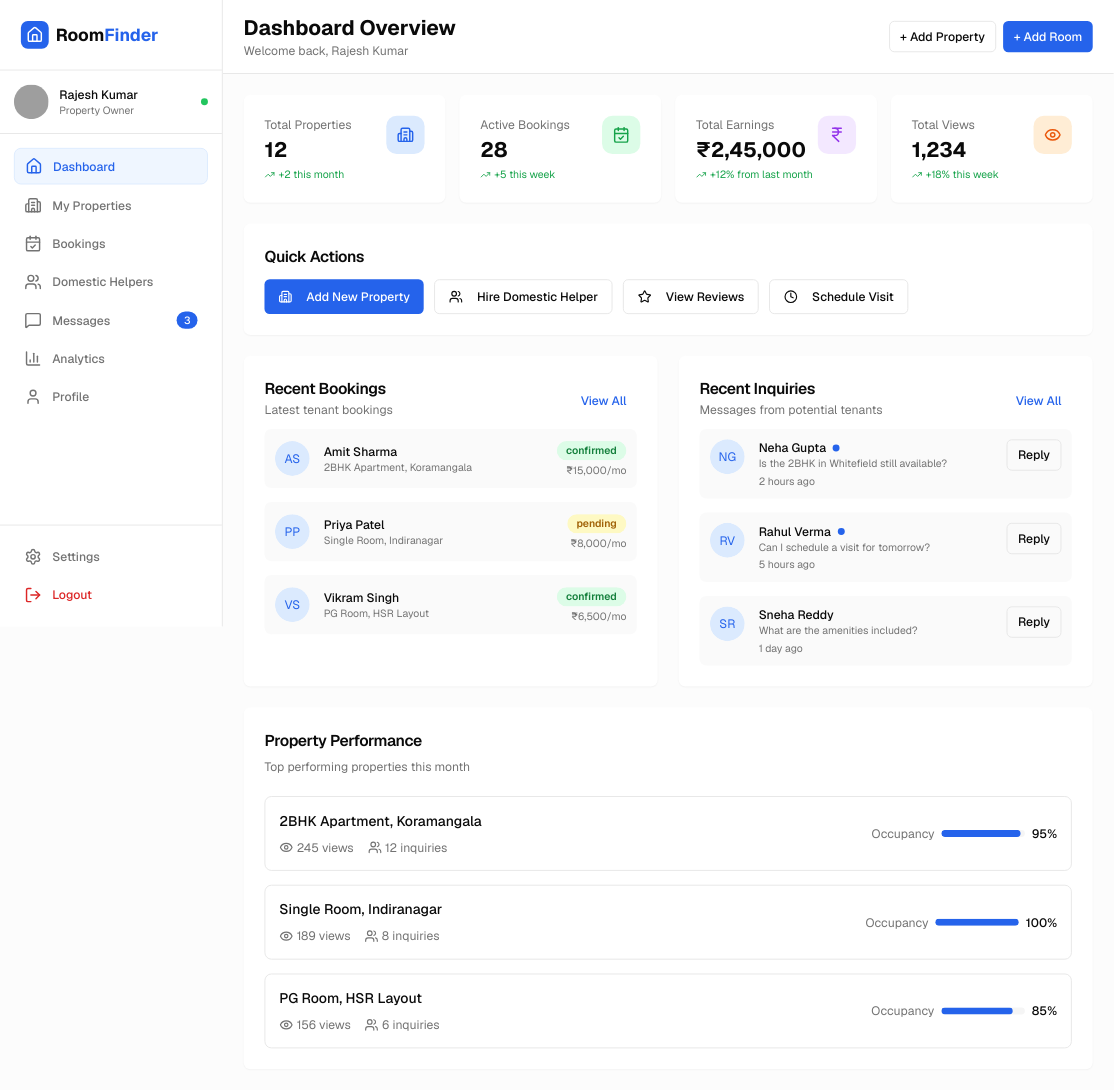
Repository: riteshkumarlenka2005/Room-Finder
Page: /owner/dashboard
An editor plug-in stored every save of this project. The page is shown before and after the next save, followed by the edit.
The browser window is 1280 px wide. The pictures show the whole page, at 87% of full size.
Pictures or frames that could not be fetched are drawn as grey boxes. The project was rebuilt for these pictures with package versions that can differ from the ones it lists, and the page was loaded fresh each time. Some packages were replaced by stand-ins written for this rebuild. The framework's server and built-in components were replaced by stand-ins that run in the browser. Also part of the build but not shown: next.config.mjs, components/ui/input.tsx, components/ui/dropdown-menu.tsx, components/ui/tabs.tsx, components/owner/my-properties.tsx, components/ui/dialog.tsx, components/owner/bookings-management.tsx, components/owner/domestic-helpers.tsx and 8 more.

Above is the page before, as saved 2025-12-05 19:40:23.

### app/owner/dashboard/page.tsx
"use client"

import { useState } from "react"
import { OwnerSidebar } from "@/components/owner/owner-sidebar"
import { DashboardOverview } from "@/components/owner/dashboard-overview"
import { MyProperties } from "@/components/owner/my-properties"
import { BookingsManagement } from "@/components/owner/bookings-management"
import { DomesticHelpers } from "@/components/owner/domestic-helpers"
import { MessagesInbox } from "@/components/owner/messages-inbox"
import { OwnerProfile } from "@/components/owner/owner-profile"
import { Analytics } from "@/components/owner/analytics"
import { Menu } from "lucide-react"
import { Button } from "@/components/ui/button"
import { Sheet, SheetContent, SheetTrigger } from "@/components/ui/sheet"
import Link from "next/link";

export default function OwnerDashboard() {
  const [activeTab, setActiveTab] = useState("overview")
  const [sidebarOpen, setSidebarOpen] = useState(false)

  const renderContent = () => {
    switch (activeTab) {
      case "overview":
        return <DashboardOverview />
      case "properties":
        return <MyProperties />
      case "bookings":
        return <BookingsManagement />
      case "helpers":
        return <DomesticHelpers />
      case "messages":
        return <MessagesInbox />
      case "profile":
        return <OwnerProfile />
      case "analytics":
        return <Analytics />
      default:
        return <DashboardOverview />
    }
  }

  return (
    <div className="flex min-h-screen bg-muted/30">
      {/* Desktop Sidebar */}
      <div className="hidden lg:block">
        <OwnerSidebar activeTab={activeTab} setActiveTab={setActiveTab} />
      </div>

      {/* Mobile Sidebar */}
      <Sheet open={sidebarOpen} onOpenChange={setSidebarOpen}>
        <SheetContent side="left" className="p-0 w-72">
          <OwnerSidebar
            activeTab={activeTab}
            setActiveTab={(tab) => {
              setActiveTab(tab)
              setSidebarOpen(false)
            }}
          />
        </SheetContent>
      </Sheet>

      {/* Main Content */}
      <div className="flex-1 flex flex-col">
        {/* Top Header */}
        <header className="sticky top-0 z-10 bg-background border-b px-4 lg:px-6 py-4">
          <div className="flex items-center justify-between">
            <div className="flex items-center gap-4">
              <Sheet open={sidebarOpen} onOpenChange={setSidebarOpen}>
                <SheetTrigger asChild>
                  <Button variant="ghost" size="icon" className="lg:hidden">
                    <Menu className="h-5 w-5" />
                  </Button>
                </SheetTrigger>
              </Sheet>
              <div>
                <h1 className="text-xl lg:text-2xl font-bold text-foreground">
                  {activeTab === "overview" && "Dashboard Overview"}
                  {activeTab === "properties" && "My Properties"}
                  {activeTab === "bookings" && "Bookings Management"}
                  {activeTab === "helpers" && "Domestic Helpers"}
                  {activeTab === "messages" && "Messages"}
                  {activeTab === "profile" && "Profile Settings"}
                  {activeTab === "analytics" && "Analytics & Reports"}
                </h1>
                <p className="text-sm text-muted-foreground hidden sm:block">Welcome back, Rajesh Kumar</p>
              </div>
            </div>

            {/* Updated Buttons Section */}
            <div className="flex items-center gap-2">

              <Link href="/list-property">
                <Button variant="outline" size="sm" className="hidden sm:flex bg-transparent">
                  + Add Property
                </Button>
              </Link>

              <Button size="sm" className="bg-blue-600 hover:bg-blue-700 text-white">
                + Add Room
              </Button>

            </div>
          </div>
        </header>

        {/* Page Content */}
        <main className="flex-1 p-4 lg:p-6 overflow-auto">{renderContent()}</main>
      </div>
    </div>
  )
}

### components/owner/owner-sidebar.tsx
"use client"

import { Home, Building2, CalendarCheck, Users, MessageSquare, User, BarChart3, LogOut, Settings } from "lucide-react"
import { cn } from "@/lib/utils"
import { Avatar, AvatarFallback, AvatarImage } from "@/components/ui/avatar"
import { Separator } from "@/components/ui/separator"
import Link from "next/link"


interface OwnerSidebarProps {
  activeTab: string
  setActiveTab: (tab: string) => void
}

const menuItems = [
  { id: "overview", label: "Dashboard", icon: Home },
  { id: "properties", label: "My Properties", icon: Building2 },
  { id: "bookings", label: "Bookings", icon: CalendarCheck },
  { id: "helpers", label: "Domestic Helpers", icon: Users },
  { id: "messages", label: "Messages", icon: MessageSquare, badge: 3 },
  { id: "analytics", label: "Analytics", icon: BarChart3 },
  { id: "profile", label: "Profile", icon: User },
]

export function OwnerSidebar({ activeTab, setActiveTab }: OwnerSidebarProps) {
  return (
    <div className="w-64 bg-background border-r h-screen flex flex-col">
      {/* Logo */}
      <div className="p-6 border-b">
  <Link href="/" className="flex items-center gap-2 cursor-pointer">
    <div className="w-8 h-8 bg-blue-600 rounded-lg flex items-center justify-center">
      <Home className="w-5 h-5 text-white" />
    </div>
    <span className="text-xl font-bold">
      Room<span className="text-blue-600">Finder</span>
    </span>
  </Link>
</div>


      {/* User Info */}
      <div className="p-4 border-b">
        <div className="flex items-center gap-3">
          <Avatar className="h-10 w-10">
            <AvatarImage src="/indian-professional-man.png" />
            <AvatarFallback className="bg-blue-100 text-blue-600">RK</AvatarFallback>
          </Avatar>
          <div className="flex-1 min-w-0">
            <p className="text-sm font-medium truncate">Rajesh Kumar</p>
            <p className="text-xs text-muted-foreground truncate">Property Owner</p>
          </div>
          <div className="h-2 w-2 bg-green-500 rounded-full" />
        </div>
      </div>

      {/* Navigation */}
      <nav className="flex-1 p-4 space-y-1 overflow-y-auto">
        {menuItems.map((item) => (
          <button
            key={item.id}
            onClick={() => setActiveTab(item.id)}
            className={cn(
              "w-full flex items-center gap-3 px-3 py-2.5 rounded-lg text-sm font-medium transition-colors",
              activeTab === item.id
                ? "bg-blue-50 text-blue-600 border border-blue-100"
                : "text-muted-foreground hover:bg-muted hover:text-foreground",
            )}
          >
            <item.icon className="h-5 w-5" />
            <span className="flex-1 text-left">{item.label}</span>
            {item.badge && (
              <span className="bg-blue-600 text-white text-xs px-2 py-0.5 rounded-full">{item.badge}</span>
            )}
          </button>
        ))}
      </nav>

      <Separator />

      {/* Bottom Actions */}
      <div className="p-4 space-y-1">
        <button className="w-full flex items-center gap-3 px-3 py-2.5 rounded-lg text-sm font-medium text-muted-foreground hover:bg-muted hover:text-foreground transition-colors">
          <Settings className="h-5 w-5" />
          <span>Settings</span>
        </button>
        <button className="w-full flex items-center gap-3 px-3 py-2.5 rounded-lg text-sm font-medium text-red-600 hover:bg-red-50 transition-colors">
          <LogOut className="h-5 w-5" />
          <span>Logout</span>
        </button>
      </div>
    </div>
  )
}

### components/ui/button.tsx
import * as React from "react"
import { Slot } from "@radix-ui/react-slot"
import { cva, type VariantProps } from "class-variance-authority"

import { cn } from "@/lib/utils"

const buttonVariants = cva(
  "inline-flex items-center justify-center gap-2 whitespace-nowrap rounded-md text-sm font-medium ring-offset-background transition-colors focus-visible:outline-none focus-visible:ring-2 focus-visible:ring-ring focus-visible:ring-offset-2 disabled:pointer-events-none disabled:opacity-50 [&_svg]:pointer-events-none [&_svg]:size-4 [&_svg]:shrink-0",
  {
    variants: {
      variant: {
        default: "bg-primary text-primary-foreground hover:bg-primary/90",
        destructive:
          "bg-destructive text-destructive-foreground hover:bg-destructive/90",
        outline:
          "border border-input bg-background hover:bg-accent hover:text-accent-foreground",
        secondary:
          "bg-secondary text-secondary-foreground hover:bg-secondary/80",
        ghost: "hover:bg-accent hover:text-accent-foreground",
        link: "text-primary underline-offset-4 hover:underline",
      },
      size: {
        default: "h-10 px-4 py-2",
        sm: "h-9 rounded-md px-3",
        lg: "h-11 rounded-md px-8",
        icon: "h-10 w-10",
      },
    },
    defaultVariants: {
      variant: "default",
      size: "default",
    },
  }
)

export interface ButtonProps
  extends React.ButtonHTMLAttributes<HTMLButtonElement>,
    VariantProps<typeof buttonVariants> {
  asChild?: boolean
}

const Button = React.forwardRef<HTMLButtonElement, ButtonProps>(
  ({ className, variant, size, asChild = false, ...props }, ref) => {
    const Comp = asChild ? Slot : "button"
    return (
      <Comp
        className={cn(buttonVariants({ variant, size, className }))}
        ref={ref}
        {...props}
      />
    )
  }
)
Button.displayName = "Button"

export { Button, buttonVariants }

### components/ui/sheet.tsx
"use client"

import * as React from "react"
import * as SheetPrimitive from "@radix-ui/react-dialog"
import { cva, type VariantProps } from "class-variance-authority"
import { X } from "lucide-react"

import { cn } from "@/lib/utils"

const Sheet = SheetPrimitive.Root

const SheetTrigger = SheetPrimitive.Trigger

const SheetClose = SheetPrimitive.Close

const SheetPortal = SheetPrimitive.Portal

const SheetOverlay = React.forwardRef<
  React.ElementRef<typeof SheetPrimitive.Overlay>,
  React.ComponentPropsWithoutRef<typeof SheetPrimitive.Overlay>
>(({ className, ...props }, ref) => (
  <SheetPrimitive.Overlay
    className={cn(
      "fixed inset-0 z-50 bg-black/80  data-[state=open]:animate-in data-[state=closed]:animate-out data-[state=closed]:fade-out-0 data-[state=open]:fade-in-0",
      className
    )}
    {...props}
    ref={ref}
  />
))
SheetOverlay.displayName = SheetPrimitive.Overlay.displayName

const sheetVariants = cva(
  "fixed z-50 gap-4 bg-background p-6 shadow-lg transition ease-in-out data-[state=open]:animate-in data-[state=closed]:animate-out data-[state=closed]:duration-300 data-[state=open]:duration-500",
  {
    variants: {
      side: {
        top: "inset-x-0 top-0 border-b data-[state=closed]:slide-out-to-top data-[state=open]:slide-in-from-top",
        bottom:
          "inset-x-0 bottom-0 border-t data-[state=closed]:slide-out-to-bottom data-[state=open]:slide-in-from-bottom",
        left: "inset-y-0 left-0 h-full w-3/4 border-r data-[state=closed]:slide-out-to-left data-[state=open]:slide-in-from-left sm:max-w-sm",
        right:
          "inset-y-0 right-0 h-full w-3/4  border-l data-[state=closed]:slide-out-to-right data-[state=open]:slide-in-from-right sm:max-w-sm",
      },
    },
    defaultVariants: {
      side: "right",
    },
  }
)

interface SheetContentProps
  extends React.ComponentPropsWithoutRef<typeof SheetPrimitive.Content>,
    VariantProps<typeof sheetVariants> {}

const SheetContent = React.forwardRef<
  React.ElementRef<typeof SheetPrimitive.Content>,
  SheetContentProps
>(({ side = "right", className, children, ...props }, ref) => (
  <SheetPortal>
    <SheetOverlay />
    <SheetPrimitive.Content
      ref={ref}
      className={cn(sheetVariants({ side }), className)}
      {...props}
    >
      {children}
      <SheetPrimitive.Close className="absolute right-4 top-4 rounded-sm opacity-70 ring-offset-background transition-opacity hover:opacity-100 focus:outline-none focus:ring-2 focus:ring-ring focus:ring-offset-2 disabled:pointer-events-none data-[state=open]:bg-secondary">
        <X className="h-4 w-4" />
        <span className="sr-only">Close</span>
      </SheetPrimitive.Close>
    </SheetPrimitive.Content>
  </SheetPortal>
))
SheetContent.displayName = SheetPrimitive.Content.displayName

const SheetHeader = ({
  className,
  ...props
}: React.HTMLAttributes<HTMLDivElement>) => (
  <div
    className={cn(
      "flex flex-col space-y-2 text-center sm:text-left",
      className
    )}
    {...props}
  />
)
SheetHeader.displayName = "SheetHeader"

const SheetFooter = ({
  className,
  ...props
}: React.HTMLAttributes<HTMLDivElement>) => (
  <div
    className={cn(
      "flex flex-col-reverse sm:flex-row sm:justify-end sm:space-x-2",
      className
    )}
    {...props}
  />
)
SheetFooter.displayName = "SheetFooter"

const SheetTitle = React.forwardRef<
  React.ElementRef<typeof SheetPrimitive.Title>,
  React.ComponentPropsWithoutRef<typeof SheetPrimitive.Title>
>(({ className, ...props }, ref) => (
  <SheetPrimitive.Title
    ref={ref}
    className={cn("text-lg font-semibold text-foreground", className)}
    {...props}
  />
))
SheetTitle.displayName = SheetPrimitive.Title.displayName

const SheetDescription = React.forwardRef<
  React.ElementRef<typeof SheetPrimitive.Description>,
  React.ComponentPropsWithoutRef<typeof SheetPrimitive.Description>
>(({ className, ...props }, ref) => (
  <SheetPrimitive.Description
    ref={ref}
    className={cn("text-sm text-muted-foreground", className)}
    {...props}
  />
))
SheetDescription.displayName = SheetPrimitive.Description.displayName

export {
  Sheet,
  SheetPortal,
  SheetOverlay,
  SheetTrigger,
  SheetClose,
  SheetContent,
  SheetHeader,
  SheetFooter,
  SheetTitle,
  SheetDescription,
}

### components/ui/avatar.tsx
"use client"

import * as React from "react"
import * as AvatarPrimitive from "@radix-ui/react-avatar"

import { cn } from "@/lib/utils"

const Avatar = React.forwardRef<
  React.ElementRef<typeof AvatarPrimitive.Root>,
  React.ComponentPropsWithoutRef<typeof AvatarPrimitive.Root>
>(({ className, ...props }, ref) => (
  <AvatarPrimitive.Root
    ref={ref}
    className={cn(
      "relative flex h-10 w-10 shrink-0 overflow-hidden rounded-full",
      className
    )}
    {...props}
  />
))
Avatar.displayName = AvatarPrimitive.Root.displayName

const AvatarImage = React.forwardRef<
  React.ElementRef<typeof AvatarPrimitive.Image>,
  React.ComponentPropsWithoutRef<typeof AvatarPrimitive.Image>
>(({ className, ...props }, ref) => (
  <AvatarPrimitive.Image
    ref={ref}
    className={cn("aspect-square h-full w-full", className)}
    {...props}
  />
))
AvatarImage.displayName = AvatarPrimitive.Image.displayName

const AvatarFallback = React.forwardRef<
  React.ElementRef<typeof AvatarPrimitive.Fallback>,
  React.ComponentPropsWithoutRef<typeof AvatarPrimitive.Fallback>
>(({ className, ...props }, ref) => (
  <AvatarPrimitive.Fallback
    ref={ref}
    className={cn(
      "flex h-full w-full items-center justify-center rounded-full bg-muted",
      className
    )}
    {...props}
  />
))
AvatarFallback.displayName = AvatarPrimitive.Fallback.displayName

export { Avatar, AvatarImage, AvatarFallback }

### components/ui/separator.tsx
"use client"

import * as React from "react"
import * as SeparatorPrimitive from "@radix-ui/react-separator"

import { cn } from "@/lib/utils"

const Separator = React.forwardRef<
  React.ElementRef<typeof SeparatorPrimitive.Root>,
  React.ComponentPropsWithoutRef<typeof SeparatorPrimitive.Root>
>(
  (
    { className, orientation = "horizontal", decorative = true, ...props },
    ref
  ) => (
    <SeparatorPrimitive.Root
      ref={ref}
      decorative={decorative}
      orientation={orientation}
      className={cn(
        "shrink-0 bg-border",
        orientation === "horizontal" ? "h-[1px] w-full" : "h-full w-[1px]",
        className
      )}
      {...props}
    />
  )
)
Separator.displayName = SeparatorPrimitive.Root.displayName

export { Separator }

### components/ui/card.tsx
import * as React from "react"

import { cn } from "@/lib/utils"

const Card = React.forwardRef<
  HTMLDivElement,
  React.HTMLAttributes<HTMLDivElement>
>(({ className, ...props }, ref) => (
  <div
    ref={ref}
    className={cn(
      "rounded-lg border bg-card text-card-foreground shadow-sm",
      className
    )}
    {...props}
  />
))
Card.displayName = "Card"

const CardHeader = React.forwardRef<
  HTMLDivElement,
  React.HTMLAttributes<HTMLDivElement>
>(({ className, ...props }, ref) => (
  <div
    ref={ref}
    className={cn("flex flex-col space-y-1.5 p-6", className)}
    {...props}
  />
))
CardHeader.displayName = "CardHeader"

const CardTitle = React.forwardRef<
  HTMLDivElement,
  React.HTMLAttributes<HTMLDivElement>
>(({ className, ...props }, ref) => (
  <div
    ref={ref}
    className={cn(
      "text-2xl font-semibold leading-none tracking-tight",
      className
    )}
    {...props}
  />
))
CardTitle.displayName = "CardTitle"

const CardDescription = React.forwardRef<
  HTMLDivElement,
  React.HTMLAttributes<HTMLDivElement>
>(({ className, ...props }, ref) => (
  <div
    ref={ref}
    className={cn("text-sm text-muted-foreground", className)}
    {...props}
  />
))
CardDescription.displayName = "CardDescription"

const CardContent = React.forwardRef<
  HTMLDivElement,
  React.HTMLAttributes<HTMLDivElement>
>(({ className, ...props }, ref) => (
  <div ref={ref} className={cn("p-6 pt-0", className)} {...props} />
))
CardContent.displayName = "CardContent"

const CardFooter = React.forwardRef<
  HTMLDivElement,
  React.HTMLAttributes<HTMLDivElement>
>(({ className, ...props }, ref) => (
  <div
    ref={ref}
    className={cn("flex items-center p-6 pt-0", className)}
    {...props}
  />
))
CardFooter.displayName = "CardFooter"

export { Card, CardHeader, CardFooter, CardTitle, CardDescription, CardContent }

### components/ui/badge.tsx
import * as React from "react"
import { cva, type VariantProps } from "class-variance-authority"

import { cn } from "@/lib/utils"

const badgeVariants = cva(
  "inline-flex items-center rounded-full border px-2.5 py-0.5 text-xs font-semibold transition-colors focus:outline-none focus:ring-2 focus:ring-ring focus:ring-offset-2",
  {
    variants: {
      variant: {
        default:
          "border-transparent bg-primary text-primary-foreground hover:bg-primary/80",
        secondary:
          "border-transparent bg-secondary text-secondary-foreground hover:bg-secondary/80",
        destructive:
          "border-transparent bg-destructive text-destructive-foreground hover:bg-destructive/80",
        outline: "text-foreground",
      },
    },
    defaultVariants: {
      variant: "default",
    },
  }
)

export interface BadgeProps
  extends React.HTMLAttributes<HTMLDivElement>,
    VariantProps<typeof badgeVariants> {}

function Badge({ className, variant, ...props }: BadgeProps) {
  return (
    <div className={cn(badgeVariants({ variant }), className)} {...props} />
  )
}

export { Badge, badgeVariants }

Loaded but not shown: app/layout.tsx (common file); app/globals.css (common file); lib/utils.ts (common file); tailwind.config.ts (common file); components/owner/dashboard-overview.tsx (285 lines, source omitted)

After the next save:
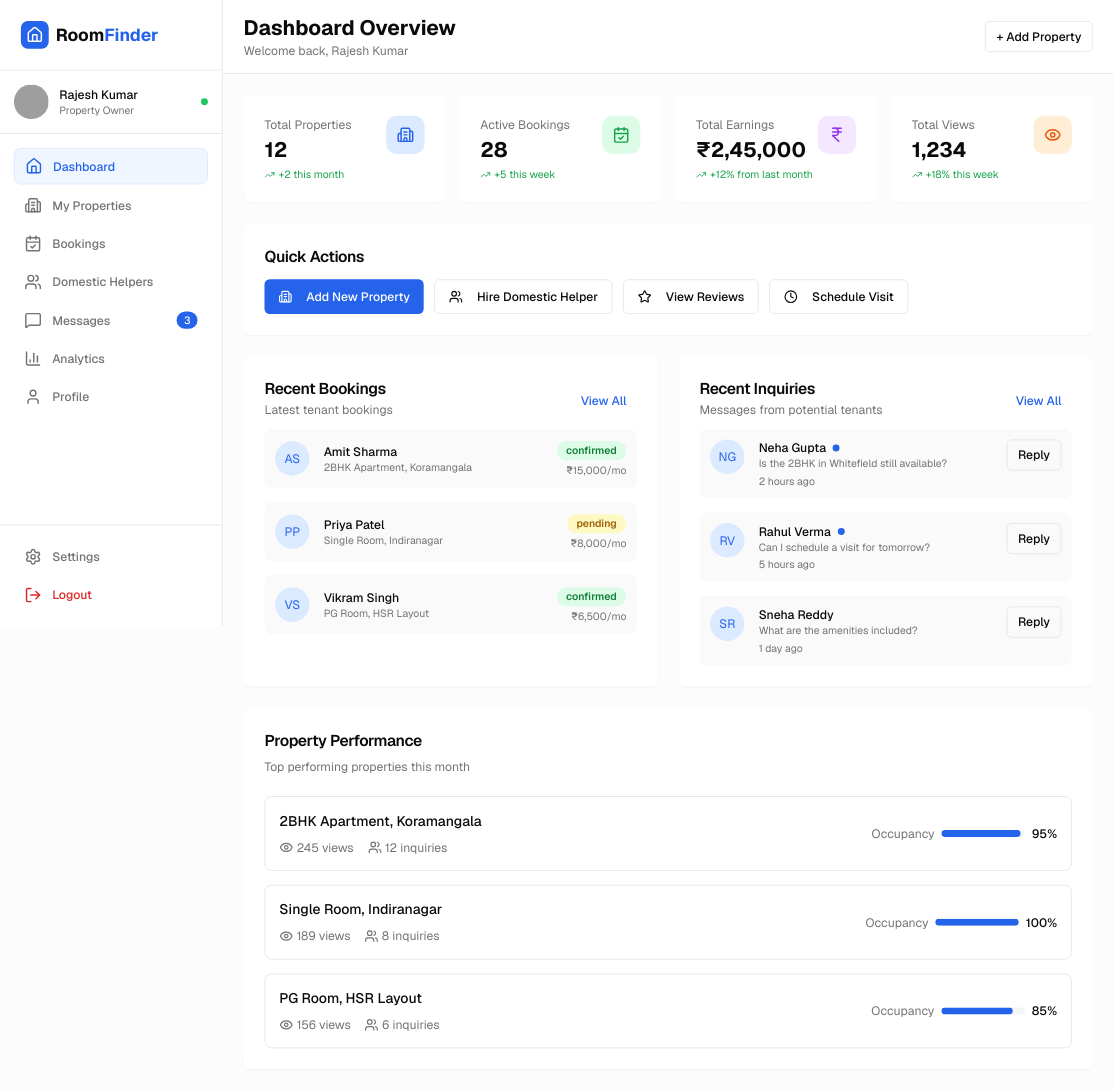
Saved 10 min 10 s later.
--- a/app/owner/dashboard/page.tsx
+++ b/app/owner/dashboard/page.tsx
@@ -95,10 +95,6 @@ export default function OwnerDashboard() {
                 </Button>
               </Link>
 
-              <Button size="sm" className="bg-blue-600 hover:bg-blue-700 text-white">
-                + Add Room
-              </Button>
-
             </div>
           </div>
         </header>
